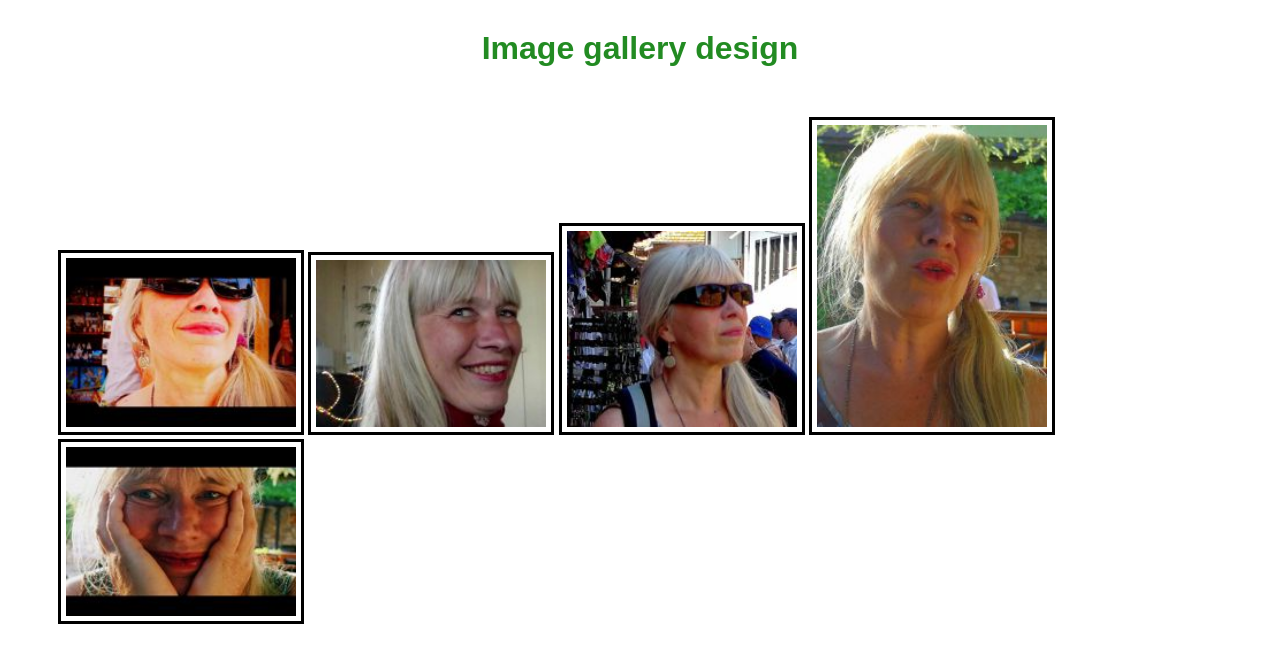
Repository: hindrik40/bildspel-lightbox
Page: index.html
An editor plug-in stored every save of this project. The page is shown before and after a run of saves, followed by the edit.
The browser window is 1280 px wide. The pictures show the whole page.

Above is the page before, as saved 2021-08-08 16:47:27.

After the next 5 saves:
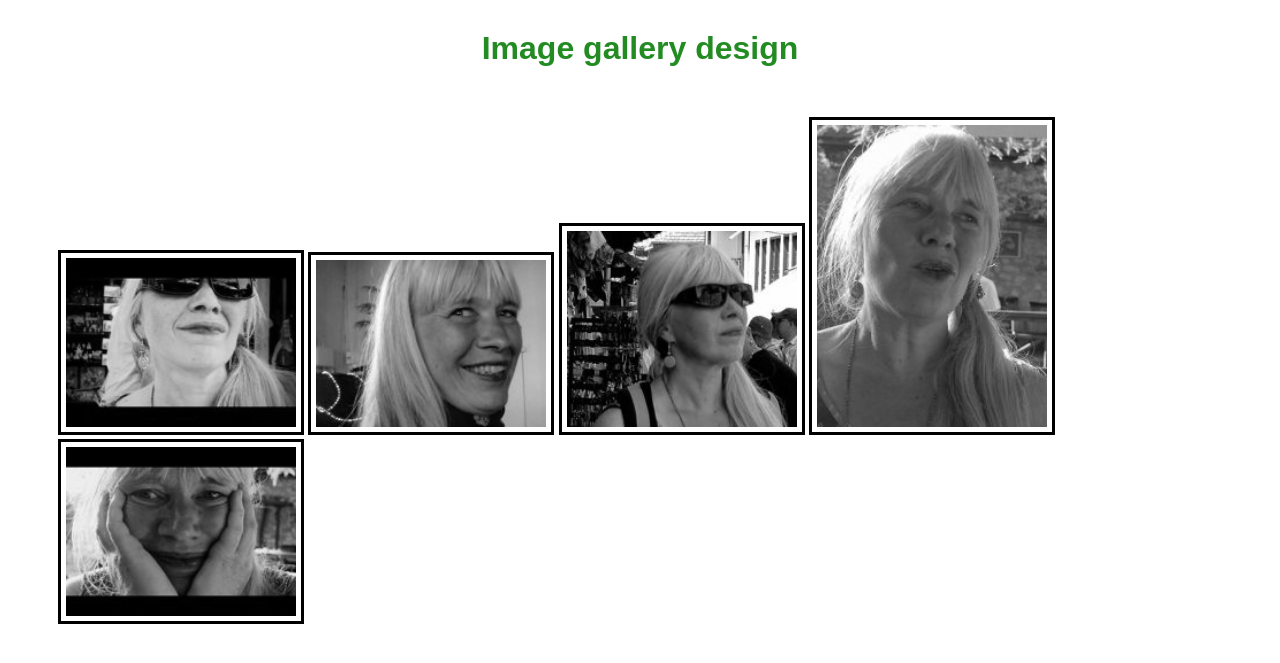
The 5 saves are shown as one change because they came seconds apart.
The last was saved 14 s later.
--- a/css/style.css
+++ b/css/style.css
@@ -15,7 +15,7 @@ h1 {
 .gallery img {
     width: 230px;
     padding: 5px;
-    filter
+    filter:grayscale(100%)
 }
 
 img {
